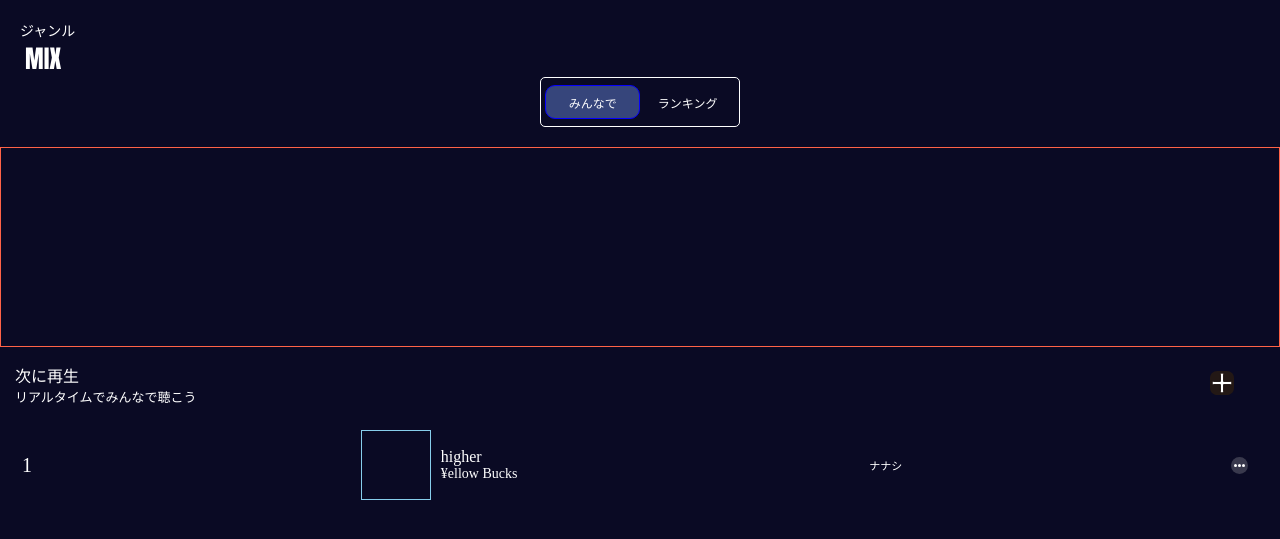
Repository: FujieRyou/2024_team
Page: /LoggedIn
The author's editor kept a copy of each file at every save. The page is drawn from the files as they stood at one save, then again after the next save.
The browser window is 1280 px wide. The pictures show the whole page.
The project was rebuilt for these pictures with package versions that can differ from the ones it lists, and the page was loaded fresh each time. The framework's server and built-in components were replaced by stand-ins that run in the browser. Also part of the build but not shown: next.config.js.

Above is the page before, as saved 2024-01-10 12:22:01.

### src/pages/_app.jsx
import "@/styles/ress.css"
import '@/styles/index.css'

export default function App({ Component, pageProps }) {
  return <Component {...pageProps} />
}

### src/pages/LoggedIn.jsx
import React from 'react'

function LoggedIn (){
    return(
    <div id="container_wrap">
        <header>
            <div id="genre_wrap">ジャンル</div>
            <div id="mix_wrap">MIX</div>
            <div id="btn">
                <div className="everyone">みんなで</div>
                <div className="ranking">ランキング</div>
            </div>
        </header>
        <div id="main_img">
            <div className="scrollContent">
                <div className="scrollWrap">
                </div>
            </div>

        </div>
        <div id="maincontent_wrap">
            <div id="addition_wrap">
                    <p className='addition'>次に再生<br/><span>リアルタイムでみんなで聴こう</span></p>
                    <a href="">
                        <img src="./img/plusBtn.svg" alt="" />
                    </a>
            </div>
            <div id="songContent_wrap">
                <p className="song_num">1</p>
                <div id="song_wrap">
                    <div className="song_img">
                    </div>
                    <div id="singer_wrap">
                        <p className="songtitle">higher</p>
                        <p className="singer">¥ellow Bucks</p>
                    </div>
                </div>
                <div className='contributor'>
                    <img src="" alt="" />
                    <p>ナナシ</p>
                </div>
                <img src="./img/detailBtn.svg" alt="" />
            </div>
        </div>
    </div>
    )
}

export default LoggedIn

### src/styles/ress.css
/*!
 * ress.css • v4.0.0
 * MIT License
 * github.com/filipelinhares/ress
 */

/* # =================================================================
   # Global selectors
   # ================================================================= */

   html {
    box-sizing: border-box;
    -webkit-text-size-adjust: 100%; /* Prevent adjustments of font size after orientation changes in iOS */
    word-break: normal;
    -moz-tab-size: 4;
    tab-size: 4;
  }

  *,
  ::before,
  ::after {
    background-repeat: no-repeat; /* Set `background-repeat: no-repeat` to all elements and pseudo elements */
    box-sizing: inherit;
  }

  ::before,
  ::after {
    text-decoration: inherit; /* Inherit text-decoration and vertical align to ::before and ::after pseudo elements */
    vertical-align: inherit;
  }

  * {
    padding: 0; /* Reset `padding` and `margin` of all elements */
    margin: 0;
  }

  /* # =================================================================
     # General elements
     # ================================================================= */

  hr {
    overflow: visible; /* Show the overflow in Edge and IE */
    height: 0; /* Add the correct box sizing in Firefox */
    color: inherit; /* Correct border color in Firefox. */
  }

  details,
  main {
    display: block; /* Render the `main` element consistently in IE. */
  }

  summary {
    display: list-item; /* Add the correct display in all browsers */
  }

  small {
    font-size: 80%; /* Set font-size to 80% in `small` elements */
  }

  [hidden] {
    display: none; /* Add the correct display in IE */
  }

  abbr[title] {
    border-bottom: none; /* Remove the bottom border in Chrome 57 */
    /* Add the correct text decoration in Chrome, Edge, IE, Opera, and Safari */
    text-decoration: underline;
    text-decoration: underline dotted;
  }

  a {
    background-color: transparent; /* Remove the gray background on active links in IE 10 */
  }

  a:active,
  a:hover {
    outline-width: 0; /* Remove the outline when hovering in all browsers */
  }

  code,
  kbd,
  pre,
  samp {
    font-family: monospace, monospace; /* Specify the font family of code elements */
  }

  pre {
    font-size: 1em; /* Correct the odd `em` font sizing in all browsers */
  }

  b,
  strong {
    font-weight: bolder; /* Add the correct font weight in Chrome, Edge, and Safari */
  }

  /* https://gist.github.com/unruthless/413930 */
  sub,
  sup {
    font-size: 75%;
    line-height: 0;
    position: relative;
    vertical-align: baseline;
  }

  sub {
    bottom: -0.25em;
  }

  sup {
    top: -0.5em;
  }

  table {
    border-color: inherit; /* Correct border color in all Chrome, Edge, and Safari. */
    text-indent: 0; /* Remove text indentation in Chrome, Edge, and Safari */
  }

  /* # =================================================================
     # Forms
     # ================================================================= */

  input {
    border-radius: 0;
  }

  /* Replace pointer cursor in disabled elements */
  [disabled] {
    cursor: default;
  }

  [type='number']::-webkit-inner-spin-button,
  [type='number']::-webkit-outer-spin-button {
    height: auto; /* Correct the cursor style of increment and decrement buttons in Chrome */
  }

  [type='search'] {
    -webkit-appearance: textfield; /* Correct the odd appearance in Chrome and Safari */
    outline-offset: -2px; /* Correct the outline style in Safari */
  }

  [type='search']::-webkit-search-decoration {
    -webkit-appearance: none; /* Remove the inner padding in Chrome and Safari on macOS */
  }

  textarea {
    overflow: auto; /* Internet Explorer 11+ */
    resize: vertical; /* Specify textarea resizability */
  }

  button,
  input,
  optgroup,
  select,
  textarea {
    font: inherit; /* Specify font inheritance of form elements */
  }

  optgroup {
    font-weight: bold; /* Restore the font weight unset by the previous rule */
  }

  button {
    overflow: visible; /* Address `overflow` set to `hidden` in IE 8/9/10/11 */
  }

  button,
  select {
    text-transform: none; /* Firefox 40+, Internet Explorer 11- */
  }

  /* Apply cursor pointer to button elements */
  button,
  [type='button'],
  [type='reset'],
  [type='submit'],
  [role='button'] {
    cursor: pointer;
    color: inherit;
  }

  /* Remove inner padding and border in Firefox 4+ */
  button::-moz-focus-inner,
  [type='button']::-moz-focus-inner,
  [type='reset']::-moz-focus-inner,
  [type='submit']::-moz-focus-inner {
    border-style: none;
    padding: 0;
  }

  /* Replace focus style removed in the border reset above */
  button:-moz-focusring,
  [type='button']::-moz-focus-inner,
  [type='reset']::-moz-focus-inner,
  [type='submit']::-moz-focus-inner {
    outline: 1px dotted ButtonText;
  }

  button,
  html [type='button'], /* Prevent a WebKit bug where (2) destroys native `audio` and `video`controls in Android 4 */
  [type='reset'],
  [type='submit'] {
    -webkit-appearance: button; /* Correct the inability to style clickable types in iOS */
  }

  /* Remove the default button styling in all browsers */
  button,
  input,
  select,
  textarea {
    background-color: transparent;
    border-style: none;
  }

  a:focus,
  button:focus,
  input:focus,
  select:focus,
  textarea:focus {
    outline-width: 0;
  }

  /* Style select like a standard input */
  select {
    -moz-appearance: none; /* Firefox 36+ */
    -webkit-appearance: none; /* Chrome 41+ */
  }

  select::-ms-expand {
    display: none; /* Internet Explorer 11+ */
  }

  select::-ms-value {
    color: currentColor; /* Internet Explorer 11+ */
  }

  legend {
    border: 0; /* Correct `color` not being inherited in IE 8/9/10/11 */
    color: inherit; /* Correct the color inheritance from `fieldset` elements in IE */
    display: table; /* Correct the text wrapping in Edge and IE */
    max-width: 100%; /* Correct the text wrapping in Edge and IE */
    white-space: normal; /* Correct the text wrapping in Edge and IE */
    max-width: 100%; /* Correct the text wrapping in Edge 18- and IE */
  }

  ::-webkit-file-upload-button {
    /* Correct the inability to style clickable types in iOS and Safari */
    -webkit-appearance: button;
    color: inherit;
    font: inherit; /* Change font properties to `inherit` in Chrome and Safari */
  }

  /* # =================================================================
     # Specify media element style
     # ================================================================= */

  img {
    border-style: none; /* Remove border when inside `a` element in IE 8/9/10 */
  }

  /* Add the correct vertical alignment in Chrome, Firefox, and Opera */
  progress {
    vertical-align: baseline;
  }

  /* # =================================================================
     # Accessibility
     # ================================================================= */

  /* Specify the progress cursor of updating elements */
  [aria-busy='true'] {
    cursor: progress;
  }

  /* Specify the pointer cursor of trigger elements */
  [aria-controls] {
    cursor: pointer;
  }

  /* Specify the unstyled cursor of disabled, not-editable, or otherwise inoperable elements */
  [aria-disabled='true'] {
    cursor: default;
  }

### src/styles/index.css
html,body{
    width: 100vw;
    height: 100vh;
    background-color: #0A0A24;
    color: #fff;
}

nav{
    width: 100%;
    height: 81px;
    display: flex;
    justify-content: space-around;
    position: fixed;
    bottom: 0px;
    background-color: #0A0A24;
    border-top: solid 1px #8E8E8E;
}

.iconWrap{
    display: flex;
    flex-direction: column;
    align-items: center;
    justify-content: center;
}

.iconWrap a{
    display: flex;
    flex-direction: column;
    align-items: center;
    justify-content: center;
    text-decoration: none;
}

.iconWrap p{
    font-size: 10px;
    margin-top: 4px;
    color: #fff;
}

.loginWrap{
    width: 100vw;
    height: 100vh;
    padding-top: 200px;
}

.indexWrap{
    width: 100%;
    height: 100%;
}

/* h2{
    font-size: 64px;
    text-align: center;
    font-family: sans-serif;
    padding-top: 30px;
} */

.appName{
    font-size: 64px;
    text-align: center;
    font-family: sans-serif;
    padding-top: 30px;
    margin-top: 30px;
    color: #fff;
}

.signBtnWrap{
    width: 100%;
    height: auto;
}

.signBtn{
    display: flex;
    align-items: center;
    justify-content: center;
    width: 200px;
    height: 54px;
    border-radius: 30px;
    background-color: rgb(65, 243, 65);
    font-size: 16px;
    /* box-shadow: 3px 1px 3px 1px rgb(235, 235, 235); */
    margin: 0 auto;
    margin-top: 280px;
    color: #000;
    text-decoration: none;
}

.logoBox{
    width: 64px;
    height: 64px;
    background-color: gray;
    color: #fff;
    margin: 0 auto;
    display: flex;
    justify-content: center;
    align-items: center;
}

h2{
    text-align: center;
}

.searchWrap{
    margin-top: 69px;
    margin-bottom: 11px;
    padding: 0px 13px;
}

.searchTxt{
    width: 100%;
    height: 40px;
    border: solid 1px #000;
    background-color: #28376C;
    color: #fff;
    padding: 7px 18px;
    border-radius: 13px;

}

.searchBtn{
    width: 64px;
    height: 32px;
    background-color: aquamarine;
}

.searchResults{
    display: flex;
    gap: 8px;
    width: 100%;
    height: 88px;
    padding: 8px;
    overflow: hidden;
}

.searchResultsImg{
    width: 80px;
    height: 80px;
}

.searchResultsTxt p{
    width: 288px;
    font-size: 14px;
}

.genreWrap{
    padding: 0px 21px;
}

.genreWrap p{
    padding-left: 74px;
    margin-bottom: 12px;
}

.genruBtnWrap{
    display: flex;
    flex-wrap: wrap;
    padding: 0px 8px;
    gap: 16px 12px;
    margin: 0 auto;
}

.genruBtnWrap > button{
    width: 172px;
    height: 86px;
    background-color: #F42C2C;
    border-radius: 10px;
}

#genre_wrap{
    padding-top: 20px;
    align-items: center;
    color: #fff;
    font-size: 14px;
    margin-left: 20px;
    font-family: 'Noto Sans JP', sans-serif;
}

/* MIX */
#mix_wrap{
    font-size: 25px;
    font-family:Impact, Haettenschweiler, 'Arial Narrow Bold', sans-serif;
    margin-left: 25px;
}

/*genre btn*/
#btn{
    display: flex;
    justify-content: center;
    align-items: center;
    width: 200px;
    height: 50px;
    border: solid 1px #fff;
    border-radius: 5px;
    margin: 0 auto;
    text-align: center;
    margin-bottom: 20px;
    padding: 3px 4px;
}

.everyone{
    width: 80%;
    height: 80%;
    display: flex;
    align-items: center;
    justify-content: center;
    border: solid 1px #0500FF;
    border-radius: 10px;
    background-color: #36457B;
    font-size: 12px;
    font-family:  'Noto Sans JP', sans-serif;
}

.ranking{
    width: 80%;
    height: 80%;
    display: flex;
    align-items: center;
    justify-content: center;

    border-radius: 10px;
    font-size: 12px;
    font-family:  'Noto Sans JP', sans-serif;;
}


/*main*/
#main_img{
    width: 100%;
    height: 200px;
    border: solid 1px tomato;
    margin: 0 auto;

}

/*見出し*/
#addition_wrap{
    width: 100%;
    margin-top: 16px;
    margin-bottom: 24px;
    padding: 0px 46px 0px 15px;
    display: flex;
    align-items: center;
    justify-content: space-between;
}
.addition{
    font-size: 16px;
    font-family:  'Noto Sans JP', sans-serif;
}
.addition > span{
    font-size: 13px;
}
.dli-plus {
    display: inline-block;
    vertical-align: middle;
    justify-content: center;
    color: #fff;
    line-height: 20px;
    width: 1.5rem;
    height:0.15rem;
    background: #efefef;
    border-radius: 1rem;
    position: relative;
    top:24px;
    left:10px;
}

.dli-plus::before {
    content: '';
    position: absolute;
    top: 0;
    left: 0;
    width: 100%;
    height: 100%;
    background: inherit;
    border-radius: inherit;
    transform: rotate(90deg);

}
#addition_wrap{
    display: flex;
}
#addition_wrap  .back{
    display: block;
    background: #231815;
    width: 35px;
    height:35px;
    border-radius: 25%;
    margin-right: 50px;
}
.addition-text{
    font-size: 30px;
    font-family:'Noto Sans JP', sans-serif;

}

/*music list*/
#songContent_wrap{
    display: flex;
    width: 100%;
    justify-content: space-between;
    align-items: center;
    margin-bottom: 15px;
    padding: 0px 32px 0px 22px;
}

.song_num{
    font-size: 20px;
}

#song_wrap{
    display: flex;
    justify-content: center;
    align-items: center;
    gap: 10px;
}


.song_img{
    border: solid 1px skyblue;
    width: 70px;
    height: 70px;
}

.songtitle{
    font-size: 16px;
}
.singer{
    font-size: 14px;
}

.contributor{
    display: flex;
}
.contributor > img{
    width: 17px;
    height: 17px;
    border-radius: 20px;
    margin-right: 6px;
}
.contributor > p{
    font-size: 11px;
}

.button_wrap{
    display: flex;
    flex-direction: column;
}
.button{
    width: 20px;
    height: 20px;
    border-radius: 50%;
    background-color: #d9d9d9;
    display: flex;
    justify-content: center;
}

.button p{
    display: flex;
    justify-content: center;
    align-items: center;
    text-align: center;
    gap: 3px;
}

.button p span{
    width: 3px;
    height: 3px;
    border-radius: 50%;
    background-color: #000;

}

Loaded but not shown: src/pages/_document.jsx (common file)

After the next save:
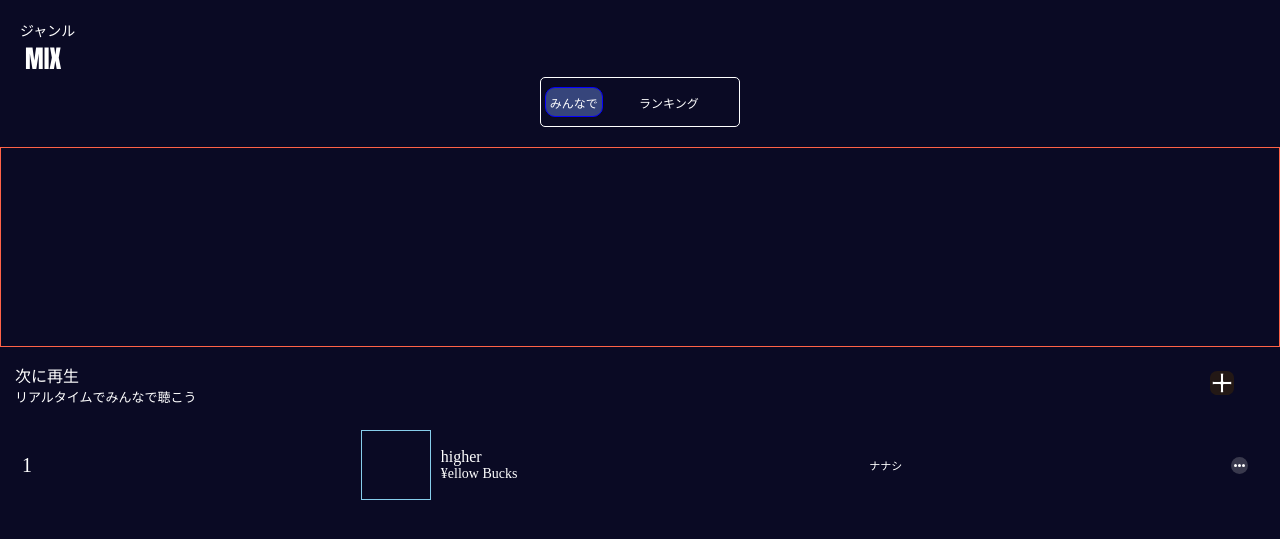
Saved 40 s later.
--- a/src/styles/index.css
+++ b/src/styles/index.css
@@ -198,8 +198,8 @@
 }
 
 .everyone{
-    width: 80%;
-    height: 80%;
+    width: 66px;
+    height: 30px;
     display: flex;
     align-items: center;
     justify-content: center;

After the save that followed:
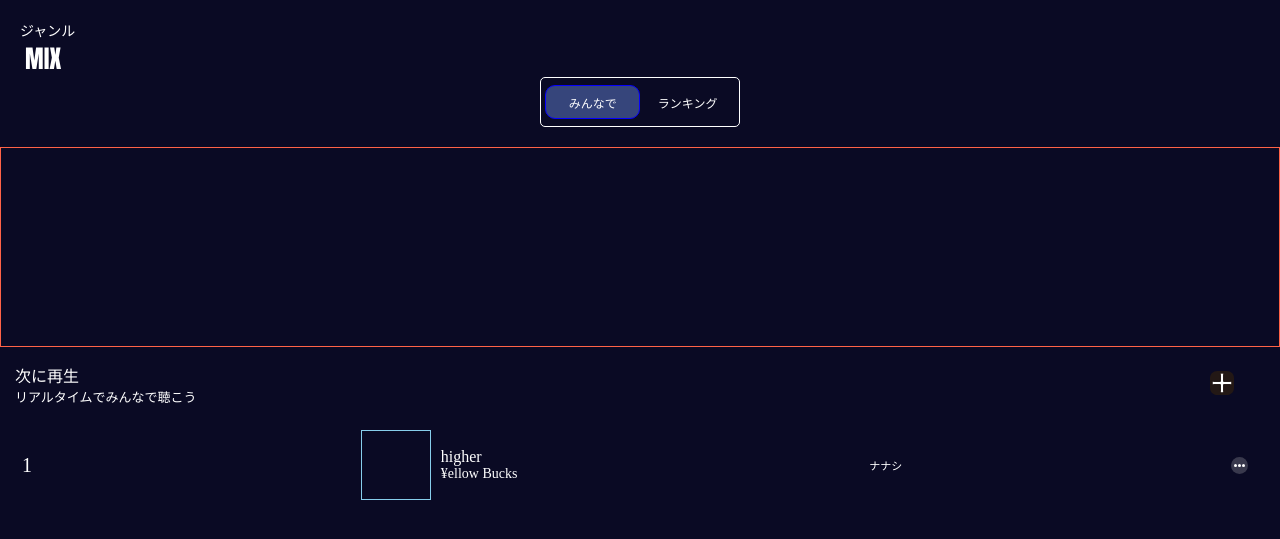
Saved 26 s later.
--- a/src/styles/index.css
+++ b/src/styles/index.css
@@ -198,8 +198,8 @@
 }
 
 .everyone{
-    width: 66px;
-    height: 30px;
+    width: 80%;
+    height: 80%;
     display: flex;
     align-items: center;
     justify-content: center;
